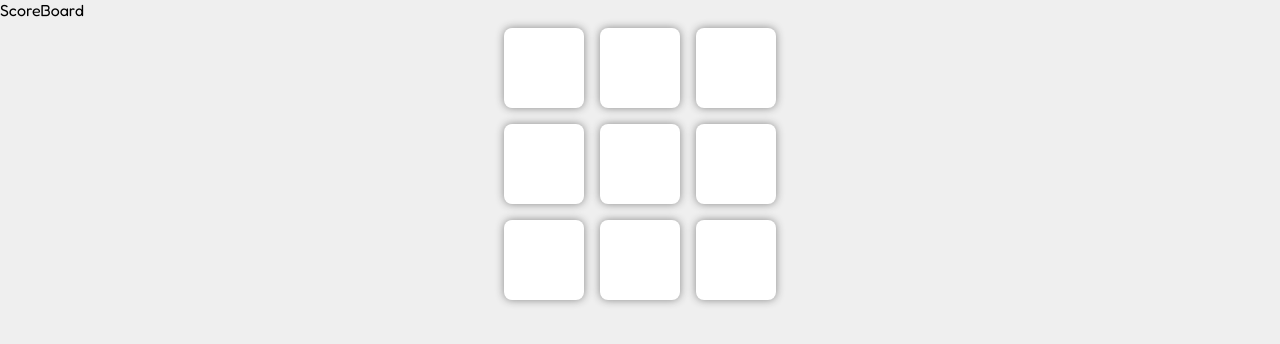
Repository: Seva2705/tic-tac-toe.github.io
Page: /
An editor plug-in stored every save of this project. The page is shown before and after a run of saves, followed by the edit.
The browser window is 1280 px wide. The pictures show the whole page.
The project was rebuilt for these pictures with package versions that can differ from the ones it lists, and the page was loaded fresh each time. Also part of the build but not shown: src/components/ScoreBoard.css.

Above is the page before, as saved 2023-04-04 17:47:48.

After the next 2 saves:
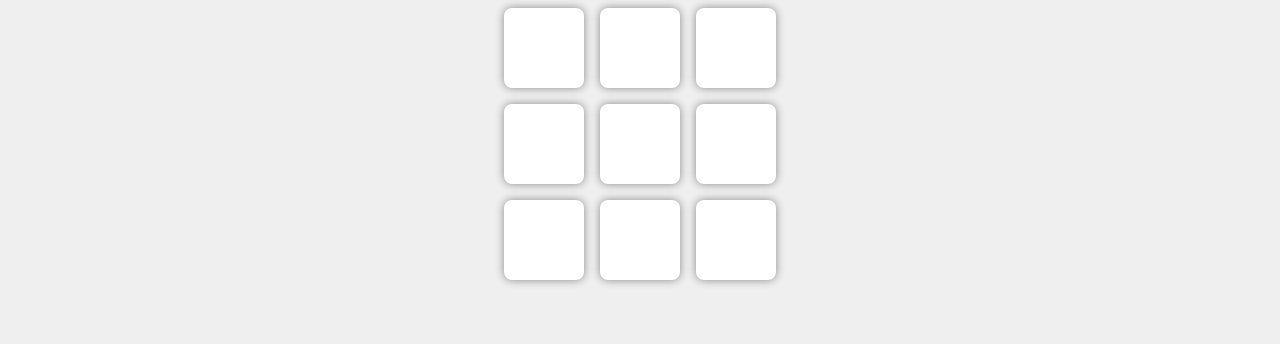
The 2 saves are shown as one change because they came seconds apart.
The last was saved 12 s later.
--- a/src/components/ScoreBoard.js
+++ b/src/components/ScoreBoard.js
@@ -4,7 +4,9 @@
 const ScoreBoard = ({scores, xPlaying}) => {
     const {xScore, oScore} = scores;
   return (
-    <div className='scoreboard'>ScoreBoard</div>
+    <div className='scoreboard'>
+        <span></span>
+    </div>
   )
 }
 

After the 4 saves that followed:
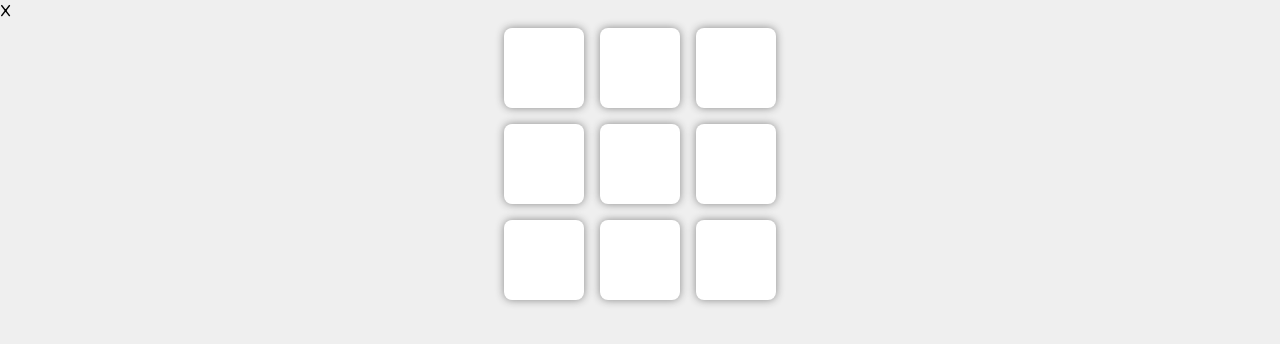
The 4 saves are shown as one change because they came seconds apart.
The last was saved 15 s later.
--- a/src/components/ScoreBoard.js
+++ b/src/components/ScoreBoard.js
@@ -5,7 +5,7 @@
     const {xScore, oScore} = scores;
   return (
     <div className='scoreboard'>
-        <span></span>
+        <span>X </span>
     </div>
   )
 }
